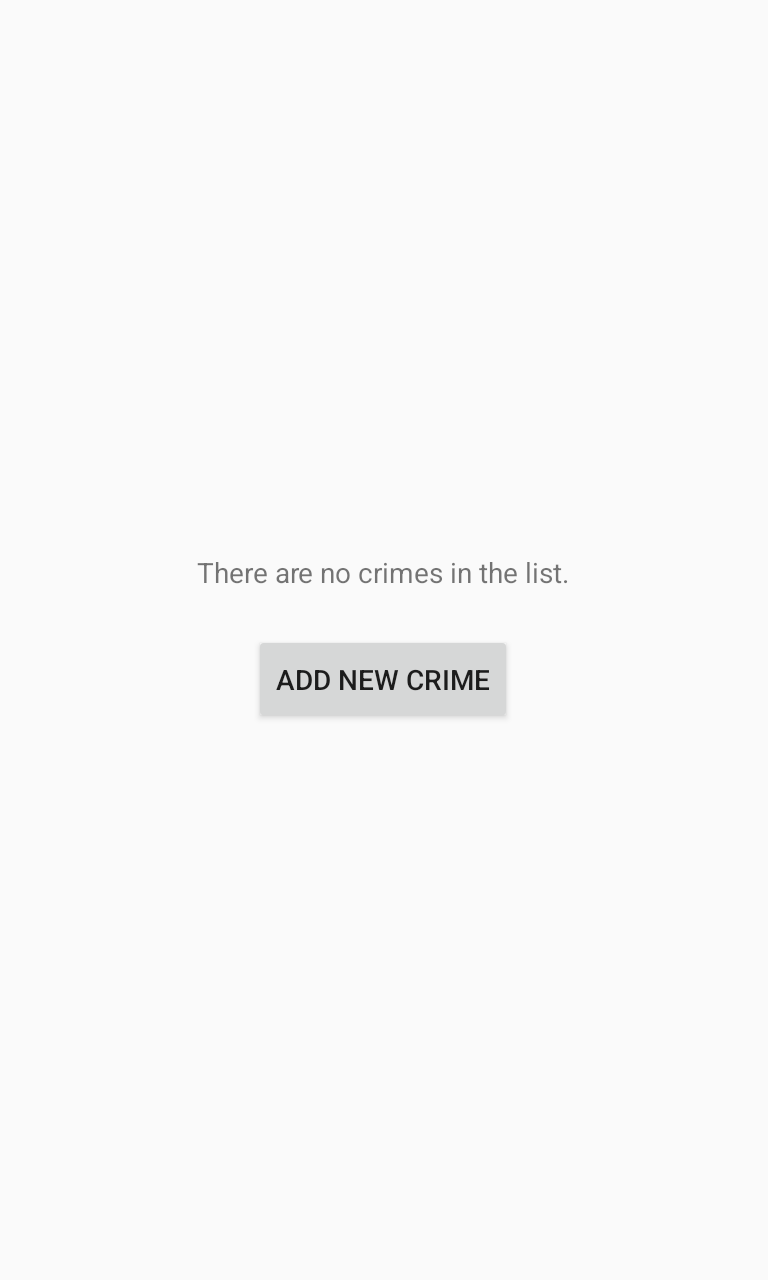
Repository: Jeedan/learning-android-apps
Layout: CriminalIntent/res/layout/fragment_list_empty.xml
The author's editor kept a copy of each file at every save. The layout is drawn from the files as they stood at one save, then again after the next save.
It is drawn on a 768 x 1280 px phone screen (xhdpi) without system bars, with theme AppTheme; the app's code is not run. Lists and similar views that code fills are empty.

Above is the layout before, as saved 2014-10-23 10:24:17.

After the next save:
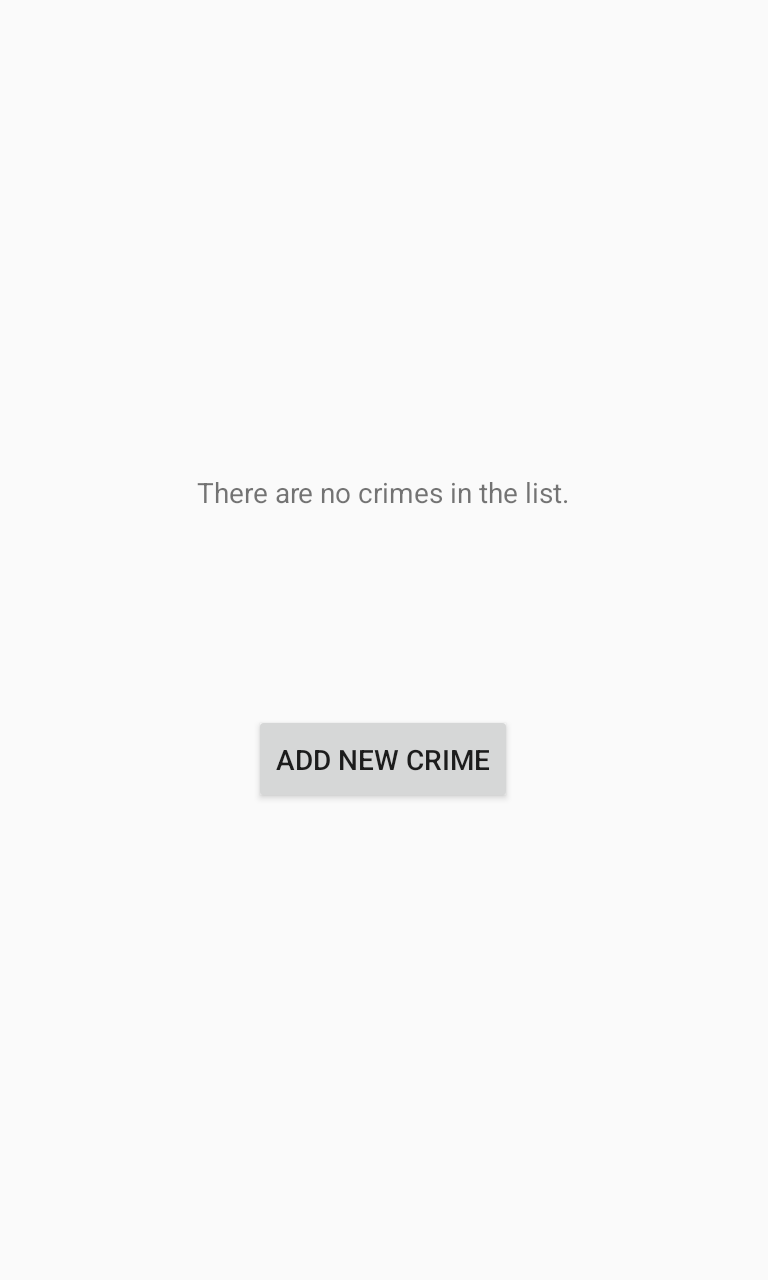
Saved 26 s later.
--- a/CriminalIntent/res/layout/fragment_list_empty.xml
+++ b/CriminalIntent/res/layout/fragment_list_empty.xml
@@ -27,6 +27,6 @@
         android:layout_height="wrap_content"
         android:text="@string/add_new_crime_button_label"
         android:layout_gravity="center"
-        android:layout_marginTop="20dp"/>
+        android:layout_marginTop="100dp"/>
    </LinearLayout>
 </FrameLayout>
